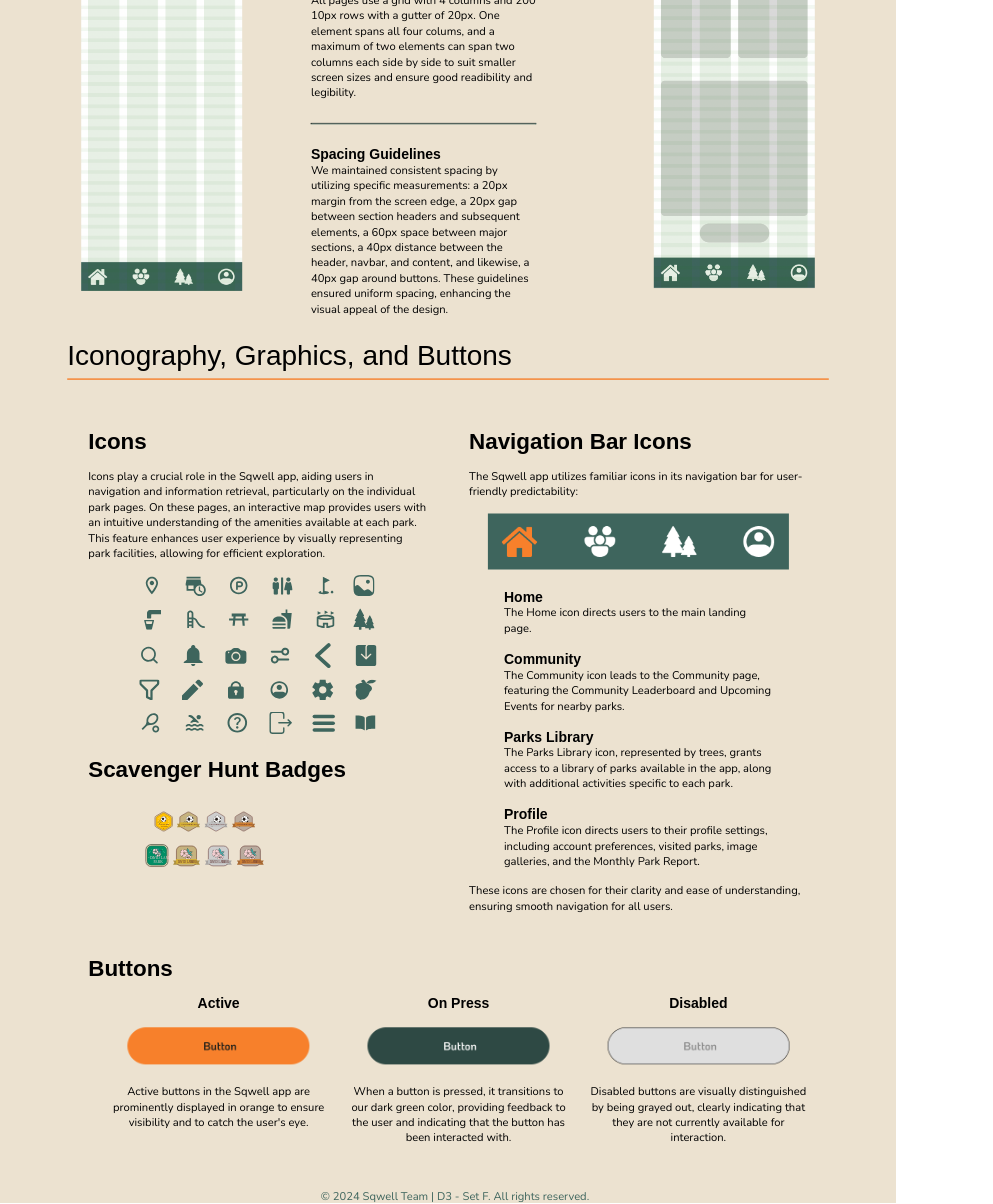
Repository: lpcmendoza/sqwell_styleguide
Page: /
These files come from the project's save history. The page is drawn as it stood at one moment and after the next save; the edit follows.
The browser window is 1280 px wide. The page is 1419 px wide, so the pictures cover 1419 px, including what lies to the right of the window. The pictures show the part of the page from y = 4732 to 6452 px (the page is 6452 px tall), at 70% of full size.
Some web fonts or font styles are not loaded; a fallback is used. The project was rebuilt for these pictures with package versions that can differ from the ones it lists, and the page was loaded fresh each time. The framework's server and built-in components were replaced by stand-ins that run in the browser. Also part of the build but not shown: next.config.mjs.

Above is the page before, as saved 2024-04-08 21:15:27.

### pages/_app.js
import '@/styles/globals.css';
import { KoHo, Nunito } from 'next/font/google';

export const koho = KoHo({
  subsets: ['latin'],
  weight: ['400', '500', '600', '700'],
  variable: '--font-koho',
});

export const nunito = Nunito({
  subsets: ['latin'],
  weight: ['400', '700'],
  variable: '--font-nunito',
});

export default function App({ Component, pageProps }) {
  return (
    <main className={`${koho.variable} ${nunito.variable}`}>
    <Component {...pageProps} />
    </main>
  )


}

### pages/index.js
import Head from "next/head";
import Image from "next/image";
import styles from "@/styles/Home.module.css";
import MenuBar from "@/components/MenuBar";
import Footer from "@/components/Footer";
import Typography from "@/components/Typography"
import Colours from "@/components/Colours";
import Layout from "@/components/Layout";
import Iconography from "@/components/Iconography";
import Header from "@/components/Header"

export default function Home() {
  return (
    <>
    <MenuBar/>
      <main className={`${styles.main}`}>
      <Header/>
      <br></br>
      <Colours/>
      <br></br>
      <Typography/>
      <br></br>
      <Layout/>
      <br></br>
      <br></br>
      <Iconography/>
      <br></br>
	<Footer/>
      </main>




    </>
  );
}

### styles/globals.css
:root {
    --blue: #74B4C6;
    --orange: #F7802B;
    --black: #1A1D1A;
    --darkGreen: #3E655D;
    --bone: #ECE2D0;
    --purple: #D4B1CF;

    --font-h1: 3rem; /*48px*/
    --font-h2: 2.5rem; /*40px*/
    --font-h3: 2rem; /*32px*/
    --font-h4: 1.5rem; /*24px*/
    --font-body: 1rem; /*16px*/
    --font-button: 1rem; /*16px*/
    --font-link: 1rem; /*16px*/
  }

  /*For all HTML elements*/
  *, html {
      margin: 0;
      padding: 0;
      font-size: 16px;
      font-family: var(--font-nunito);
  }

  h1 {
    font-family: var(--font-koho);
    font-size: 3rem;
    font-weight: 600;
  }

  h2 {
    font-family: var(--font-koho);
    font-size: 2.5rem;
    font-weight: 500;
  }

  h3 {
    font-family: var(--font-koho);
    font-size: 2rem;
    font-weight: 600;
  }

  h4 {
    font-family: var(--font-koho);
    font-size: 1.5rem;
    font-weight: 600;
  }

  h5 {
    font-family: var(--font-koho);
    font-size: 1.25rem;
    font-weight: 600;
  }

  p {
    font-family: var(--font-nunito);
    font-size: 16px;
  }

### styles/Home.module.css
.main {
  display: flex;
  flex-direction: column;
  justify-content: space-between;
  padding-top: 6rem;
  padding-right: 6rem;
  padding-left: 6rem;
  padding-bottom: 0;
  min-height: 100vh;
  background-color: var(--bone);
}

### components/MenuBar/index.js
import styles from './MenuBar.module.css'

export default function MenuBar() {
    return (
        <div className={styles.menubarContainer}>
            <div className={styles.blurbg}>
                <ul className={styles.menunames}>
                    <li>
                        <h5>Home</h5>
                    </li>
                    <li>
                        <h5>Logos</h5>
                    </li>
                    <li>
                        <h5>Typography</h5>
                    </li>
                    <li>
                        <h5>Colours</h5>
                    </li>
                    <li>
                        <h5>Layout</h5>
                    </li>
                    <li>
                        <h5>Iconography</h5>
                    </li>
                </ul>
            </div>

        </div>
    )
}

### components/Footer/index.js
import styles from './Footer.module.css'

export default function Footer() {
    return(
        <>
        <footer className={styles.footer}>
            <div className={styles.footerContainer}>
                © 2024 Sqwell Team  |  D3 - Set F. All rights reserved.
            </div>
        </footer>
        </>
    )
}

### components/Layout/index.js
import styles from './Layout.module.css'
import grid from '@/public/grid-layout.png'
import gridElements from '@/public/gridelements.png'
import Image from 'next/image'
export default function Layout(){
    return(
        <>

	<div className={styles.layoutContainer}>
        <div>
            <h2 className={styles.layoutHeader}>Layout</h2>
            <div className={styles.flex}>
                <div className={styles.imageContainer}>
                    <Image
                    src={grid} alt="grid layout mobile view" width={230} height={485}/>
                    </div>
                    <div className={styles.imageDividerContainer}>
                    <div className={styles.imageDivider}></div></div>
                <div className={styles.screenBorder}>
                   <div className={styles.mainSection}>
                        <h4 className={styles.h4}>Grid Used</h4>
                        <p className={styles.paragraphText}>All pages use a grid with 4 columns and 200 10px rows with a gutter of 20px. One element spans all four colums, and a maximum of two elements can span two columns each side by side to suit smaller screen sizes and ensure good readibility and legibility.</p><hr className={styles.divider}></hr>
                        <h5 className={styles.paragraphText}>Spacing Guidelines</h5>
                        <p className={styles.paragraphText}>
We maintained consistent spacing by utilizing specific measurements: a 20px margin from the screen edge, a 20px gap between section headers and subsequent elements, a 60px space between major sections, a 40px distance between the header, navbar, and content, and likewise, a 40px gap around buttons. These guidelines ensured uniform spacing, enhancing the visual appeal of the design.</p>
                    </div>
                </div>
                <div className={styles.secondImage}>
                <Image
                    src={gridElements} alt="grid layout mobile view" width={230} height={485}/>
                </div>
            </div>
        </div>
    </div>
        </>
    )
}

### components/Iconography/index.js
import styles from './Iconography.module.css';
import Image from "next/image";

export default function Iconography(){
    return (
    <>
    <h2 className={styles.sectionHead}>Iconography, Graphics, and Buttons</h2>
    <div className={styles.inconography}>
        <div className={styles.iconsContainer}>
            <h3>Icons</h3>
            <p>Icons play a crucial role in the Sqwell app, aiding users in navigation and information retrieval, particularly on the individual park pages. On these pages, an interactive map provides users with an intuitive understanding of the amenities available at each park. This feature enhances user experience by visually representing park facilities, allowing for efficient exploration.</p>
            <div className={styles.iconsListContainer}>
            <ul className={styles.iconsList}>
                <li>
                    <Image
                        src="/Icons1.svg"
                        width={333}
                        height={30}
                        alt="Set 1 of icons used in Sqwell App"
                    />
                </li>
                <li>
                    <Image
                        src="/Icons2.svg"
                        width={333}
                        height={35}
                        alt="Set 2 of icons used in Sqwell App"
                    />
                </li>
                <li>
                    <Image
                        src="/Icons3.svg"
                        width={339}
                        height={36}
                        alt="Set 3 of icons used in Sqwell App"
                    />
                </li>
                <li>
                    <Image
                        src="/Icons4.svg"
                        width={339}
                        height={30}
                        alt="Set 4 of icons used in Sqwell App"
                    />
                </li>
                <li>
                    <Image
                        src="/Icons5.svg"
                        width={337}
                        height={32}
                        alt="Set 5 of icons used in Sqwell App"
                    />
                </li>
            </ul>
        </div>
        <br></br>
        <div className={styles.badgesContainer}>
            <h3>Scavenger Hunt Badges</h3>
            <ul className={styles.iconsList}>
                <li>
                    <Image
                        src="/Central-badge-variations-01.svg"
                        width={333}
                        height={30}
                        alt="Set 1 of icons used in Sqwell App"
                    />
                </li>
                <li>
                    <Image
                        src="/DavidLam-badge-variations-02.svg"
                        width={333}
                        height={35}
                        alt="Set 2 of icons used in Sqwell App"
                    />
                </li>
                </ul>
            </div>
        </div>

        <div className={styles.navBarContainer}>
            <h3>Navigation Bar Icons</h3>
            <p>The Sqwell app utilizes familiar icons in its navigation bar for user-friendly predictability:</p>
            <div className={styles.navBar}>
                <Image
                        src="/Navbar.png"
                        width={430}
                        height={80}
                        alt="Sqwell Navigation Bar Icons"
                    />
            </div>
            <br></br>
            <div className={styles.navBarDescription}>
                <h5>Home</h5>
                <p>The Home icon directs users to the main landing page.</p>
                <br></br>
                <h5>Community</h5>
                <p>The Community icon leads to the Community page, featuring the Community Leaderboard and Upcoming Events for nearby parks.</p>
                <br></br>
                <h5>Parks Library</h5>
                <p>The Parks Library icon, represented by trees, grants access to a library of parks available in the app, along with additional activities specific to each park.</p>
                <br></br>
                <h5>Profile</h5>
                <p>The Profile icon directs users to their profile settings, including account preferences, visited parks, image galleries, and the Monthly Park Report.</p>
            </div>
            <p>These icons are chosen for their clarity and ease of understanding, ensuring smooth navigation for all users.</p>
        </div>
    </div>
        <div className={styles.buttonsContainer}>
            <h3>Buttons</h3>
            <p></p>
            <div className={styles.buttonsColumns}>
                <div className={styles.buttonsActive}>
                    <h5>Active</h5>
                    <br></br>
                    <div className={styles.buttons}>
                        <Image
                            src="/Active.png"
                            width={260}
                            height={53.33}
                            alt="Sqwell active button"
                        />
                    </div>
                    <br></br>
                    <p>
Active buttons in the Sqwell app are prominently displayed in orange to ensure visibility and to catch the user's eye.</p>
                </div>
                <div className={styles.buttonsPress}>
                    <h5>On Press</h5>
                    <br></br>
                    <div className={styles.buttons}>
                        <Image
                            src="/Press.png"
                            width={260}
                            height={53.33}
                            alt="Sqwell on press button"
                        />
                    </div>
                    <br></br>
                    <p>When a button is pressed, it transitions to our dark green color, providing feedback to the user and indicating that the button has been interacted with.</p>
                </div>
                <div className={styles.buttonsDisabled}>
                    <h5>Disabled</h5>
                    <br></br>
                    <div className={styles.buttons}>
                        <Image
                            src="/Disabled.png"
                            width={260}
                            height={53.33}
                            alt="Sqwell disabled button"
                        />
                    </div>
                    <br></br>
                    <p>Disabled buttons are visually distinguished by being grayed out, clearly indicating that they are not currently available for interaction.</p>
                </div>
            </div>
            <p></p>

        </div>
    </>
    )
}

### components/Header/index.js
import styles from './Header.module.css';
import Image from "next/image";

export default function Header(){
    return(
        <>
        <div className={styles.headerContainer}>
            <div className={styles.headerBlurb}>
                <h1>Sqwee welcomes you to Sqwell's Styleguide!</h1>
                <br></br>
                <p>The Sqwell app is an interactive web platform designed to help users discover nearby outdoor parks. Users can access park amenities, maps, and activities such as scavenger hunts and quizzes. Additionally, the app provides directions to new parks, making it easy for users to explore nature's offerings. With its diverse features, Sqwell offers a convenient and engaging way to enjoy outdoor adventures.</p>
                <br></br>
                <h5>Sqwell Team:</h5>
                <p>Kathryn Tan, Madeline Struthers, Pia Mendoza</p>
            </div>
            <div className={styles.headerSqwee}>
                <Image
                        src="/Sqwee.svg"
                        width={475.5}
                        height={369}
                        alt="Sqwee - Sqwell's mascot"
                />
            </div>
        </div>
        </>
    )
}

### components/MenuBar/MenuBar.module.css
.menubarContainer{
    display: flex;
    flex-direction: row;
    justify-content: space-evenly;
    width: 100%;
    background-color: var(--darkGreen);
    padding-top: 20px;
    padding-bottom: 20px;
    position: absolute;
    z-index: 10;
}

.menunames {
    list-style: none;
    display: flex;
    flex-direction: row;
    align-items: center;
    justify-content: space-evenly;
    gap: 5rem;
}

.menunames h5 {
    color: white;
}

### components/Footer/Footer.module.css


.footerContainer {
    height: 10px;
    margin: auto;
    width: 100%;
    text-align: center;
    padding: 10px;
    color: var(--darkGreen);
    margin-bottom: 0;
}

### components/Typography/Typography.module.css
.typography {
    display: flex;
    flex-direction: row;
}

.typography h3{
    padding-bottom: 20px;
}

.typescaleDetails {
    list-style: none;
}

.typescaleDetails h3 {
    padding-bottom: 0;
}

.typscale {
    width: 50%;
    padding: 30px;
}

.rationale {
    width: 50%;
    padding: 30px;
}

.typescaleDetails h1 {
    padding-bottom: 0px;
}

.sectionHead {
    border-bottom: 2px solid var(--orange);
    margin-bottom: 40px;
    padding-bottom: 10px;
}

.bodyCopy {
    font-weight: 700;
}

### components/Colours/Colours.module.css
.header{
    color: var(--black);
    padding-bottom: 10px;
    width: 100%;
    margin: 0;
    border-bottom: 2px solid var(--orange);
    padding-top: 4rem;
}
.palette{
    display: flex;
    gap: 7rem;
    padding-top:2rem;
    width: auto;
    position: relative;
    padding-left: 1rem;
    padding-right: 1rem;
    margin-bottom: 2rem;
}
.bone{
    background-color: var(--bone);
    width: 160px;
    height: 100px;
    border-radius: 50%;
    margin: 8px;

    box-shadow: 0px 6px 10px rgba(0, 0, 0, 0.5);
}
.darkGreen{
    background-color: var(--darkGreen);
    width: 160px;
    height: 100px;
    border-radius: 50%;
    margin: 8px;
    box-shadow: 0px 6px 10px rgba(0, 0, 0, 0.5);
}
.pumpkin{
    background-color: var(--orange);
    width: 160px;
    height: 100px;
    border-radius: 50%;
    margin: 8px;
    box-shadow: 0px 6px 10px rgba(0, 0, 0, 0.5);
}
.eerieBlack{
    background-color: var(--black);
    width: 160px;
    height: 100px;
    border-radius: 50%;
    margin: 8px;
    box-shadow: 0px 6px 10px rgba(0, 0, 0, 0.5);
}
.pinkLavender{
    background-color: var(--purple);
    width: 160px;
    height: 100px;
    border-radius: 50%;
    margin: 8px;
     box-shadow: 0px 6px 10px rgba(0, 0, 0, 0.5);
}
.blue{
    background-color: var(--blue);
    width: 160px;
    height: 100px;
    border-radius: 50%;
    margin: 8px;
     box-shadow: 0px 6px 10px rgba(0, 0, 0, 0.5);
}
.descriptionContainer {
    display: grid;
    grid-template-columns: repeat(2, 3fr);
    gap: 2rem;
    margin-top: 4rem;
    width:75%;
    margin-left: 11rem;

  }

  .paragraph {
    margin: 0;
    padding-top: 1rem;
    padding-right: 4rem;
    padding-left: 3rem;
    padding-bottom: 3rem;
  }

.title{
    position: relative;
    text-align: center;
    margin-top: 7.5rem;
}
.purpleHeader{
    border-bottom: 2px solid var(--purple);
    width: 90%;
}
.orangeHeader{
    border-bottom: 2px solid var(--orange);
    width: 90%;
}
.blueHeader{
    border-bottom: 2px solid var(--blue);
    width: 90%;
}
.darkGreenHeader{
    border-bottom: 2px solid var(--darkGreen);
    width: 90%;
}
.boneHeader{
    border-bottom: 2px solid var(--bone);
    width: 90%;
    position: relative;
}
.boneHeader::after{
    content: "";
    position: absolute;
    left: 0;
    bottom: -2px;
    width: 100%;
    height: .12rem;
    box-shadow: 0px -1px 4px rgba(0, 0, 0, 0.5);
}
.blackHeader{
    border-bottom: 2px solid var(--black);
    width: 90%;
}

.blackParagraph{
    padding-bottom: 2.65rem;
}
.colourExamples{
    display: flex;
    flex-direction: row;
    justify-content: space-around;
    margin-top: 2rem;
    align-items: center;
    border-radius: 2rem;
}
.exampleHeader{
    text-align: center;
    padding-bottom: 2rem;
    border-bottom: 2px solid var(--darkGreen);
}
.contrastChecker{
    display: flex;
    flex-wrap: wrap;
    justify-content: center;
    margin-top:1rem;
}
.contrastHeader{
    text-align: center;
    margin-top: 4rem;
    padding-bottom: 2rem;
    border-bottom: 2px solid var(--darkGreen);

}
.contrastImage{
    padding: 1rem;
    border-radius: 1.5rem;
    margin-bottom: 1rem;
}
.contrastParagraph{
    width: 25%;
   text-align: center;
   padding:1.5rem;
}

### components/Layout/Layout.module.css
.layoutContainer {
    position: relative;
    display: flex;
    align-items: center;
}

.imageContainer {
    padding: 20px;
    width: auto;
    position: relative;
}

.mainSection{
    position: absolute;
   top: 20%;
    left:32%;
    width: 30%;
    font-size: var(--font-body);

}
.h4{
    padding-top:1rem;
    font-size: --font-h4;
}
.divider{
   margin-top:2rem;
   margin-bottom:2rem;
   width: 98%;
   border-color: var(--darkGreen);

}
.layoutHeader{
    color: var(--black);
    padding-bottom: 10px;
    width: 490%;
    margin: 0;
    border-bottom: 2px solid var(--orange);
}
.flex{
 margin-top: 2rem;
}
.secondImage{
    position: absolute;
    top: 17%;
    left: 77%;
    width: auto;
}

### components/Iconography/Iconography.module.css
.sectionHead {
    border-bottom: 2px solid var(--orange);
    margin-bottom: 40px;
    padding-bottom: 10px;
}

.inconography {
    display: flex;
    flex-direction: row;
}

.inconography h3{
    padding-bottom: 20px;
}

.iconsContainer {
    width: 50%;
    padding: 30px;
}

.navBarContainer {
    width: 50%;
    padding: 30px;
}

.buttonsContainer {
    padding: 30px;
}

.iconsList {
    list-style: none;
    margin-top: 15px;
}

.iconsList li {
    align-self: center;
    padding-top: 5px;
    padding-bottom: 5px;
}

.iconsListContainer {
    text-align: center;
}

.navBar {
    text-align: center;
    margin-top: 20px;
}

.navBarDescription {
    padding-left: 50px;
    padding-right: 50px;
    margin-bottom: 20px;
}

.buttonsColumns {
    display: flex;
    flex-direction: row;
    text-align: center;
}

.buttonsActive {
    width: 33%;
    margin-left: 30px;
}

.buttonsPress {
    width: 33%;
    margin-left: 30px;
    margin-right: 30px;
}

.buttonsDisabled {
    width: 33%;
    margin-right: 0px;
}

.buttonsContainer h3 {
    padding-bottom: 20px;
}

### components/Header/Header.module.css
.headerContainer {
    display: flex;
    flex-direction: row;
    padding: 20px;
    align-self: center;
    margin: auto;
    justify-content: center;
    padding-left: 110px;
}

.headerBlurb {
    width: 45%;
    align-content: center;
    padding-right: 20px;
}

.headerSqwee {
    width: 50%;
}

Loaded but not shown: pages/_document.js (common file); components/Colours/index.js (115 lines, source omitted); components/Typography/index.js (42 lines, source omitted)

After the next save:
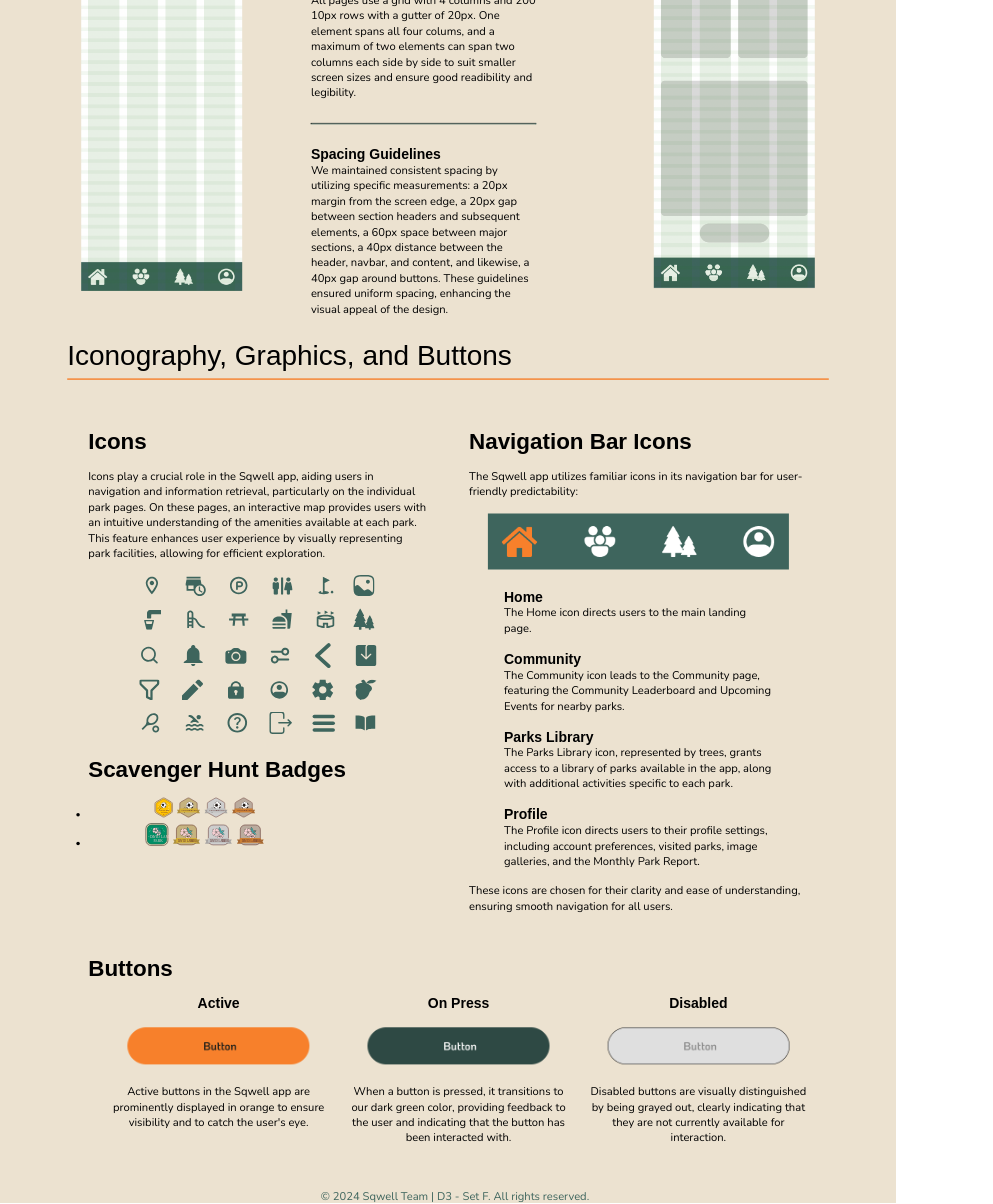
Saved 2 min 52 s later.
--- a/components/Iconography/index.js
+++ b/components/Iconography/index.js
@@ -56,7 +56,7 @@
         <br></br>
         <div className={styles.badgesContainer}>
             <h3>Scavenger Hunt Badges</h3>
-            <ul className={styles.iconsList}>
+            <ul className={styles.badgeSamples}>
                 <li>
                     <Image
                         src="/Central-badge-variations-01.svg"
